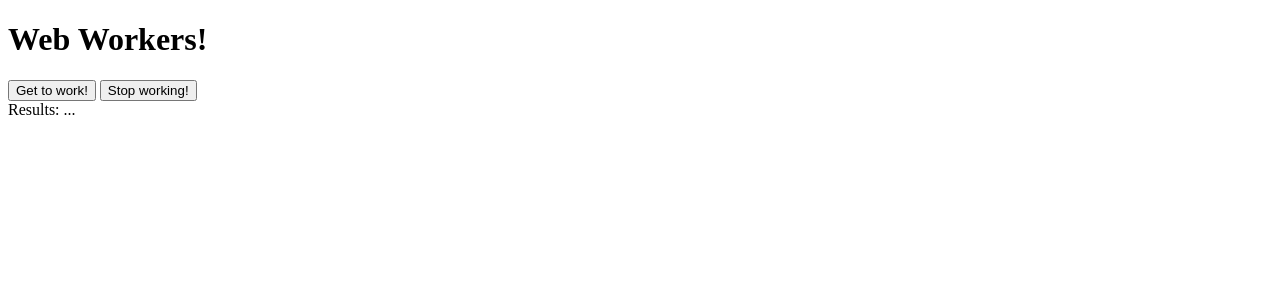
Repository: Johesmil/webworkers
Page: html/index.html
The author's editor kept a record of every edit. The page is drawn from the files as they stood at one moment, then again after the next edit.
The browser window is 1280 px wide. The pictures show the whole page.

Above is the page before.

After the next edit:
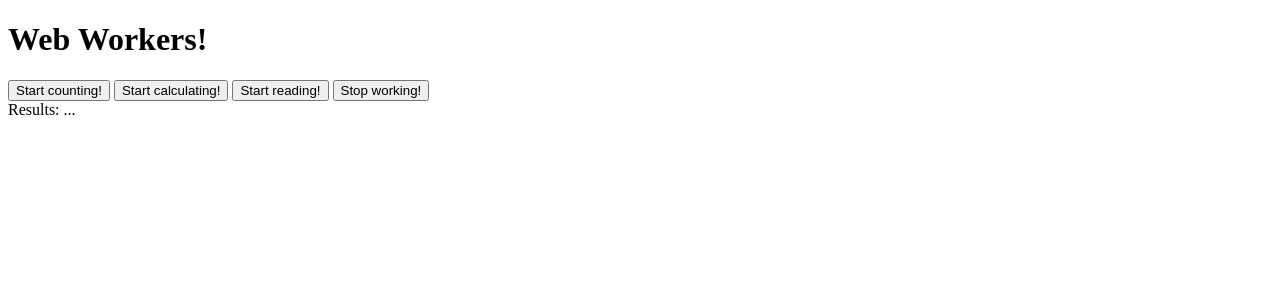
The edit:
--- a/html/index.html
+++ b/html/index.html
@@ -15,7 +15,9 @@
 
     <body>
         <h1>Web Workers!</h1>
-        <input type="button" onclick="startWorking();" value="Get to work!">
+        <input type="button" onclick="startCounting();" value="Start counting!">
+        <input type="button" onclick="startCalculating();" value="Start calculating!">
+        <input type="button" onclick="startReading();" value="Start reading!">
         <input type="button" onclick="stopWorking();" value="Stop working!">
         <br />
         Results: <span id="resultSpan">...</span>
